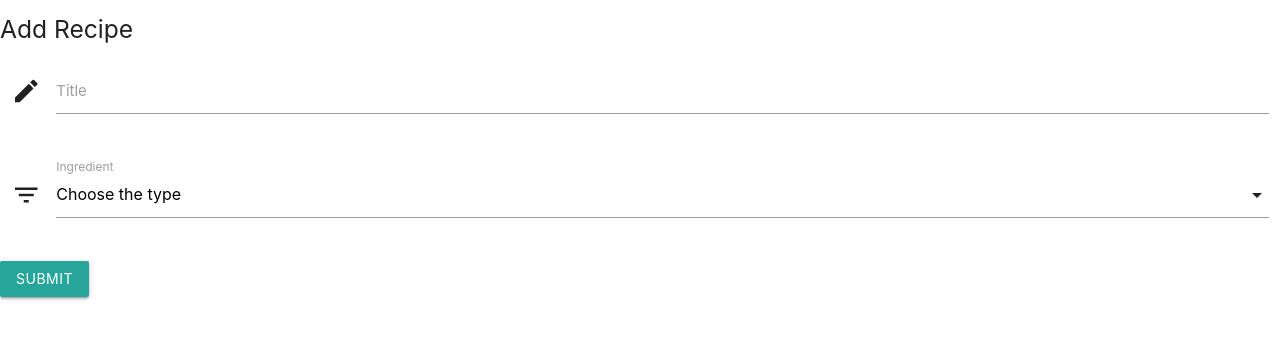
Repository: neillarkin/atari-app
Page: http://localhost/add_recipe
The author's editor kept a record of every edit. The page is drawn from the files as they stood at one moment, then again after the next edit.
The browser window is 1280 px wide. The pictures show the whole page.
The page is served by the project's application, run on Flask 3 (run.py). Queries for data that is not in the repository find no rows.

Above is the page before.

After the next edit:
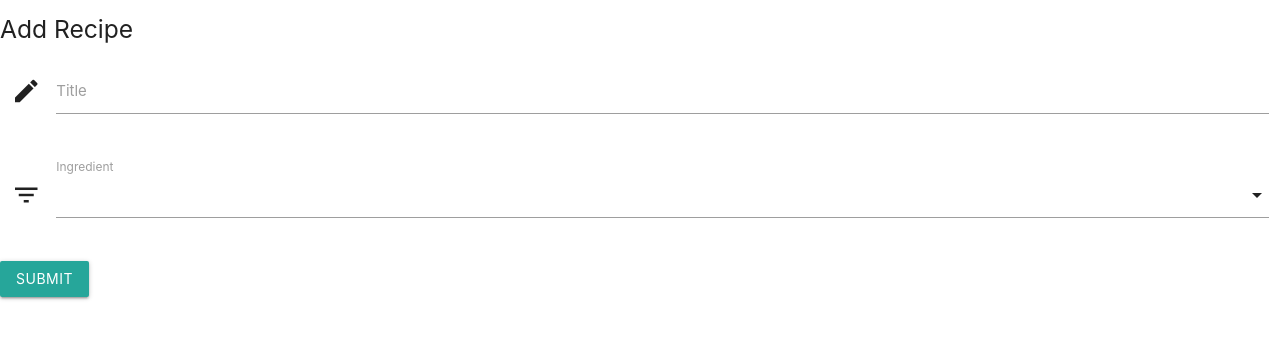
The edit:
--- a/templates/add_recipe.html
+++ b/templates/add_recipe.html
@@ -16,7 +16,7 @@
       <div class="input-field col s12">
         <i class="material-icons prefix">filter_list</i>
         <select id="ingredient" name="ingredient_name" multiple>
-          <option value="" disabled selected>Choose the type</option>
+          <!--<option value="" disabled selected>Choose the type</option>-->
           {% for item in ingredients %}
             <option value="{{item.ingredient_name}}">{{item.ingredient_name}}</option>
            {% endfor %}
